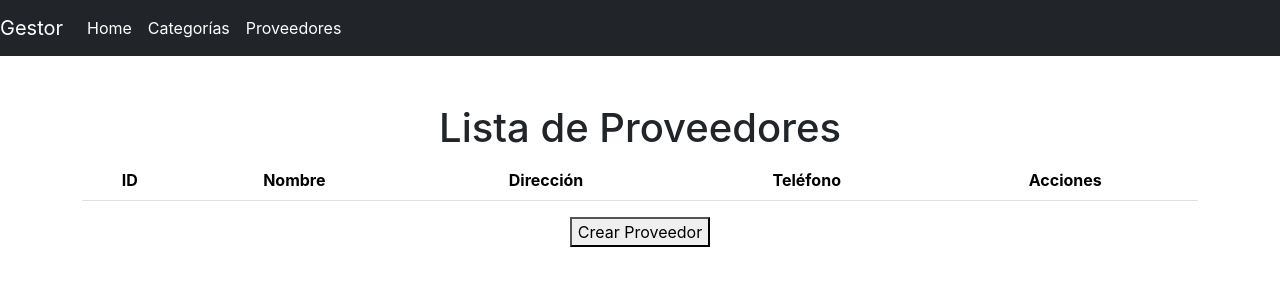
Repository: SantiagoGuaman/gestor-app
Page: /providers
An editor plug-in stored every save of this project. The page is shown before and after the next save, followed by the edit.
The browser window is 1280 px wide. The pictures show the whole page.
The page's requests for data from a server got no answer. The project was rebuilt for these pictures with package versions that can differ from the ones it lists, and the page was loaded fresh each time. No one was signed in, and anything a server would have sent is missing. Also part of the build but not shown: src/App.css, src/Categories/GetDataCategories.js, src/HomePage/HomePage.js.

Above is the page before, as saved 2024-02-15 09:35:49.

### public/index.html
<!DOCTYPE html>
<html lang="en">
  <head>
    <meta charset="utf-8" />
    <link rel="icon" href="%PUBLIC_URL%/favicon.ico" />
    <meta name="viewport" content="width=device-width, initial-scale=1" />
    <meta name="theme-color" content="#000000" />
    <meta
      name="description"
      content="Web site created using create-react-app"
    />
    <link rel="apple-touch-icon" href="%PUBLIC_URL%/logo192.png" />
    <!--
      manifest.json provides metadata used when your web app is installed on a
      user's mobile device or desktop. See https://developers.google.com/web/fundamentals/web-app-manifest/
    -->
    <link href="https://cdn.jsdelivr.net/npm/bootstrap@5.3.2/dist/css/bootstrap.min.css" rel="stylesheet" integrity="sha384-T3c6CoIi6uLrA9TneNEoa7RxnatzjcDSCmG1MXxSR1GAsXEV/Dwwykc2MPK8M2HN" crossorigin="anonymous">
    <link rel="manifest" href="%PUBLIC_URL%/manifest.json" />
    <!--
      Notice the use of %PUBLIC_URL% in the tags above.
      It will be replaced with the URL of the `public` folder during the build.
      Only files inside the `public` folder can be referenced from the HTML.

      Unlike "/favicon.ico" or "favicon.ico", "%PUBLIC_URL%/favicon.ico" will
      work correctly both with client-side routing and a non-root public URL.
      Learn how to configure a non-root public URL by running `npm run build`.
    -->
    <title>Gestor APP</title>
  </head>
  <body>
    <noscript>You need to enable JavaScript to run this app.</noscript>
    <div id="root"></div>
    <!--
      This HTML file is a template.
      If you open it directly in the browser, you will see an empty page.

      You can add webfonts, meta tags, or analytics to this file.
      The build step will place the bundled scripts into the <body> tag.

      To begin the development, run `npm start` or `yarn start`.
      To create a production bundle, use `npm run build` or `yarn build`.
    -->
  </body>
  <script src="https://cdn.jsdelivr.net/npm/bootstrap@5.3.2/dist/js/bootstrap.bundle.min.js" integrity="sha384-C6RzsynM9kWDrMNeT87bh95OGNyZPhcTNXj1NW7RuBCsyN/o0jlpcV8Qyq46cDfL" crossorigin="anonymous"></script>
</html>

### src/App.js
import { BrowserRouter, Route, Routes } from 'react-router-dom';
import './App.css';
import GetDataCategories from './Categories/GetDataCategories';
import NavBar from './NavBar/NavBar';
import GetDataProviders from './Proveedores/GetDataProviders';
import HomePage from './HomePage/HomePage';

function App() {
  return (
    <BrowserRouter>
      <NavBar />
      <Routes>
        <Route exact path='/' element={<HomePage />} />
        <Route exact path='/categories' element={<GetDataCategories />} />
        <Route exact path='/providers' element={<GetDataProviders />} />
      </Routes>
    </BrowserRouter>
  );
}

export default App;

### src/NavBar/NavBar.js
import React from 'react'
import { Link } from 'react-router-dom'
import './NavBar.css';

function NavBar() {
    return (
        <nav className="navbar navbar-expand-lg navbar-light bg-dark lg">
            <Link className="navbar-brand m" to="/">Gestor</Link>
            <button className="navbar-toggler" type="button" data-toggle="collapse" data-target="#navbarNav" aria-controls="navbarNav" aria-expanded="false" aria-label="Toggle navigation">
                <span className="navbar-toggler-icon"></span>
            </button>
            <div className="collapse navbar-collapse" id="navbarNav">
                <ul className="navbar-nav" >
                    <li className="nav-item active">
                        <Link className="nav-link" to="/">Home</Link>
                    </li>
                    <li className="nav-item">
                        <Link className="nav-link" to="/categories">Categorías</Link>
                    </li>
                    <li className="nav-item">
                        <Link className="nav-link" to="/providers">Proveedores</Link>
                    </li>
                </ul>
            </div>
        </nav>
    )
}

export default NavBar

### src/Proveedores/GetDataProviders.js
import React, { useEffect, useState } from 'react'

function GetDataProviders() {

    const endPoint = 'http://localhost:8080/api/proveedores';

    const [proveedores, setProveedores] = useState([]);
    const [newProveedor, setNewProveedor] = useState({
        nombre: '',
        direccion: '',
        telefono: ''
    });

    const [editProveedor, setEditProveedor] = useState({
        nombre: '',
        direccion: '',
        telefono: ''
    });

    const [isCreateModalOpen, setCreateModalOpen] = useState(false);

    const fetchData = async () => {
        try {
            const response = await fetch(endPoint);
            if (response.ok) {
                const data = await response.json();
                setProveedores(data);
            }
        } catch (error) {
            console.error("Error fetching data:", error);
        }
    };

    const handleCreate = async () => {
        try {
            const response = await fetch(endPoint, {
                method: 'POST',
                headers: {
                    'Content-Type': 'application/json',
                },
                body: JSON.stringify(newProveedor),
            });

            if (response.ok) {
                console.log('Proveedor creado exitosamente');
                fetchData();
                setNewProveedor({
                    nombre: '',
                    direccion: '',
                    telefono: ''
                });
                setCreateModalOpen(false);
            } else {
                console.error('Error al crear el Proveedor');
            }
        } catch (error) {
            console.error('Error al procesar la solicitud de creación:', error);
        }
    };

    const handleEdit = (proveedor) => {
        setEditProveedor(proveedor);
    };

    const handleUpdate = async () => {
        try {
            const response = await fetch(`${endPoint}/${editProveedor.id_proveedor}`, {
                method: 'PUT',
                headers: {
                    'Content-Type': 'application/json',
                },
                body: JSON.stringify(editProveedor),
            });

            if (response.ok) {
                console.log('Proveedor actualizado exitosamente');
                fetchData();
                setEditProveedor({
                    nombre: '',
                    direccion: '',
                    telefono: ''
                });
            } else {
                console.error('Error al actualizar el Proveedor');
            }
        } catch (error) {
            console.error('Error al procesar la solicitud de actualización:', error);
        }
    };

    const handleDelete = async (id) => {
        try {
            const response = await fetch(`${endPoint}/${id}`, {
                method: 'DELETE',
            });

            if (response.ok) {
                console.log('Proveedor eliminado exitosamente');
                fetchData();
            } else {
                console.error('Error al eliminar al Proveedor');
            }
        } catch (error) {
            console.error('Error al procesar la solicitud de eliminación:', error);
        }
    }

    useEffect(() => {
        fetchData();
    }, []);

    return (
        <div className='container text-center mt-5'>
            <h1>Lista de Proveedores</h1>
            <table className="table table-hover">
                <thead>
                    <tr>
                        <th>ID</th>
                        <th>Nombre</th>
                        <th>Dirección</th>
                        <th>Teléfono</th>
                        <th>Acciones</th>
                    </tr>
                </thead>
                <tbody>
                    {proveedores.map((proveedor) => (
                        <tr key={proveedor.id_proveedor}>
                            <td>{proveedor.id_proveedor}</td>
                            <td>{proveedor.nombre}</td>
                            <td>{proveedor.direccion}</td>
                            <td>{proveedor.telefono}</td>
                            <td>
                                <button className='btn btn-secondary' onClick={() => handleEdit(proveedor)}>Editar</button>
                                <button className='btn btn-danger' onClick={() => handleDelete(proveedor.id_proveedor)}>Eliminar</button>
                            </td>
                        </tr>
                    ))}
                </tbody>
            </table>
            <button onClick={() => setCreateModalOpen(true)}>Crear Proveedor</button>
            {isCreateModalOpen && (
                <div className="modal" tabIndex="-1" role="dialog" style={{ display: 'block' }}>
                    <div className="modal-dialog" role="document">
                        <div className="modal-content">
                            <div className="modal-header">
                                <h5 className="modal-title">Crear Nuevo Proveedor</h5>
                                <button type="button" className="close" data-dismiss="modal" aria-label="Close" onClick={() => setCreateModalOpen(false)}>
                                    <span aria-hidden="true">&times;</span>
                                </button>
                            </div>

                            <div className="modal-body" style={{ display: 'flex', flexDirection: 'column' }}>
                                <input className='form-control mt-3'
                                    type="text"
                                    placeholder="Nombre"
                                    value={newProveedor.nombre}
                                    onChange={(e) => setNewProveedor({ ...newProveedor, nombre: e.target.value })}
                                />
                                <input className='form-control mt-3'
                                    type="text"
                                    placeholder="Dirección"
                                    value={newProveedor.direccion}
                                    onChange={(e) => setNewProveedor({ ...newProveedor, direccion: e.target.value })}
                                />
                                <input className='form-control mt-3'
                                    type="text"
                                    placeholder="Teléfono"
                                    value={newProveedor.telefono}
                                    onChange={(e) => setNewProveedor({ ...newProveedor, telefono: e.target.value })}
                                />
                            </div>
                            <div className="modal-footer mt-3">
                                <button type="button" className="btn btn-primary" onClick={handleCreate}>Crear</button>
                                <button type="button" className="btn btn-secondary" onClick={() => setCreateModalOpen(false)}>Cancelar</button>
                            </div>
                        </div>
                    </div>
                </div>

            )}

            {editProveedor.id_proveedor && (
                <div>
                    <h2>Editar Proveedor</h2>
                    <input
                        type="text"
                        value={editProveedor.nombre}
                        onChange={(e) => setEditProveedor({ ...editProveedor, nombre: e.target.value })}
                    />
                    <input
                        type="text"
                        value={editProveedor.direccion}
                        onChange={(e) => setEditProveedor({ ...editProveedor, direccion: e.target.value })}
                    />
                    <input
                        type="text"
                        value={editProveedor.telefono}
                        onChange={(e) => setEditProveedor({ ...editProveedor, telefono: e.target.value })}
                    />
                    <button className='btn btn-success' onClick={handleUpdate}>Guardar</button>
                </div>
            )}
        </div>
    );
}

export default GetDataProviders

### src/NavBar/NavBar.css
.nav-link {
    color: #FFFFFF;
    /* Color blanco */
}

.navbar-brand {
    color: #FFFFFF;
}

Loaded but not shown: src/index.js (common file); src/index.css (common file); src/reportWebVitals.js (common file)

After the next save:
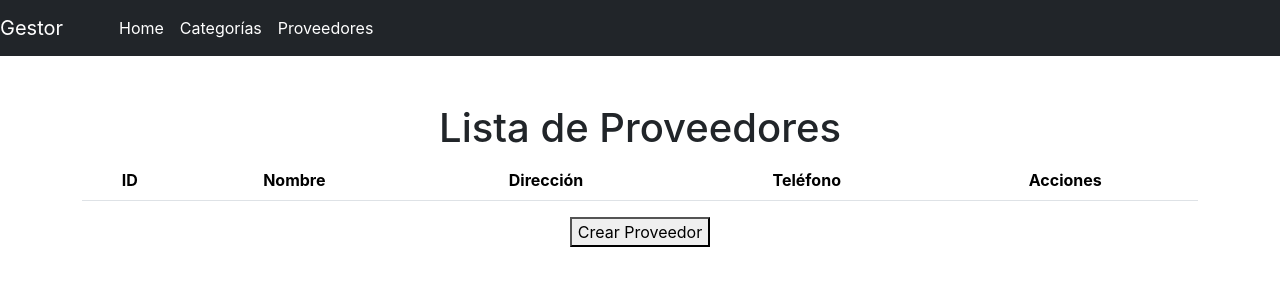
Saved 11 s later.
--- a/src/NavBar/NavBar.js
+++ b/src/NavBar/NavBar.js
@@ -5,7 +5,7 @@ import './NavBar.css';
 function NavBar() {
     return (
         <nav className="navbar navbar-expand-lg navbar-light bg-dark lg">
-            <Link className="navbar-brand m" to="/">Gestor</Link>
+            <Link className="navbar-brand me-5" to="/">Gestor</Link>
             <button className="navbar-toggler" type="button" data-toggle="collapse" data-target="#navbarNav" aria-controls="navbarNav" aria-expanded="false" aria-label="Toggle navigation">
                 <span className="navbar-toggler-icon"></span>
             </button>
